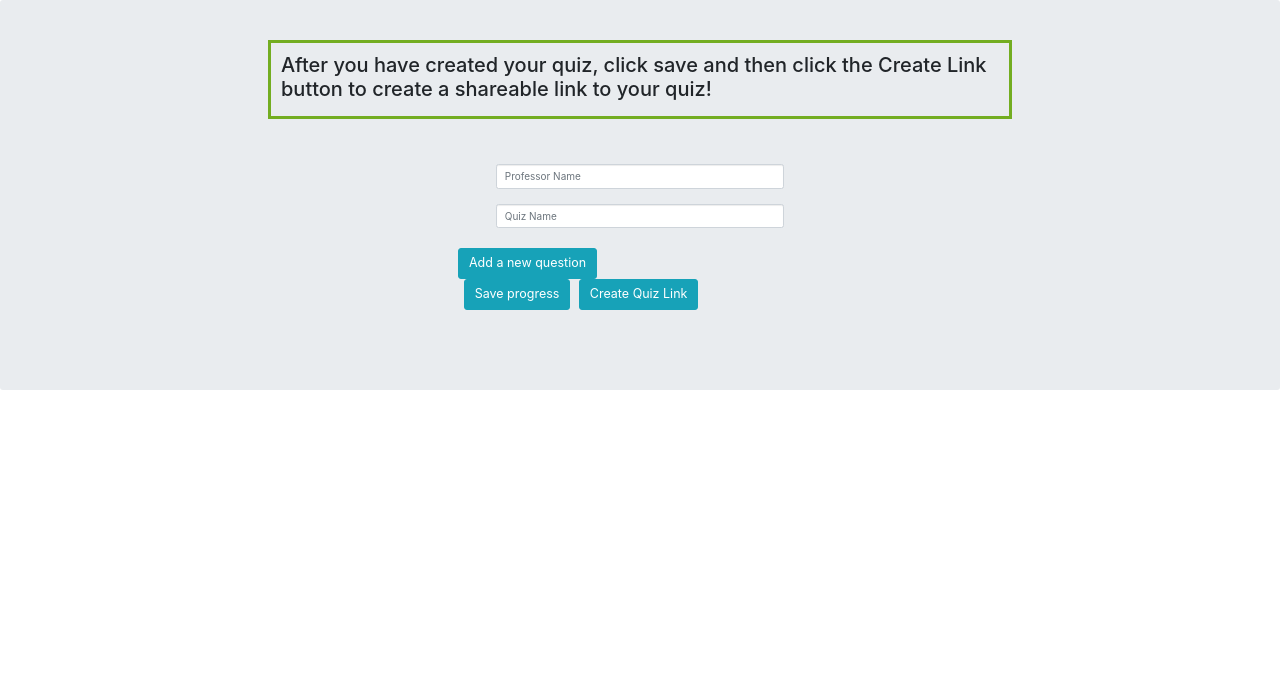
Repository: phillipdacosta/QuizemsNew
Page: /#/home
The author's editor kept a copy of each file at every save. The page is drawn from the files as they stood at one save, then again after the next save.
The browser window is 1280 px wide. The pictures show the whole page.
Some web libraries are served in a nearby version. The project was rebuilt for these pictures with package versions that can differ from the ones it lists, and the page was loaded fresh each time. Also part of the build but not shown: angular.json, src/app/quiz/quiz.component.ts, src/app/about/about.component.ts, src/app/student/student.component.ts, src/app/questions/questions.component.ts, src/app/question-display/question-display.component.ts, src/app/timer/timer.component.ts.

Above is the page before, as saved 2019-07-03 19:27:09.

After the next save:
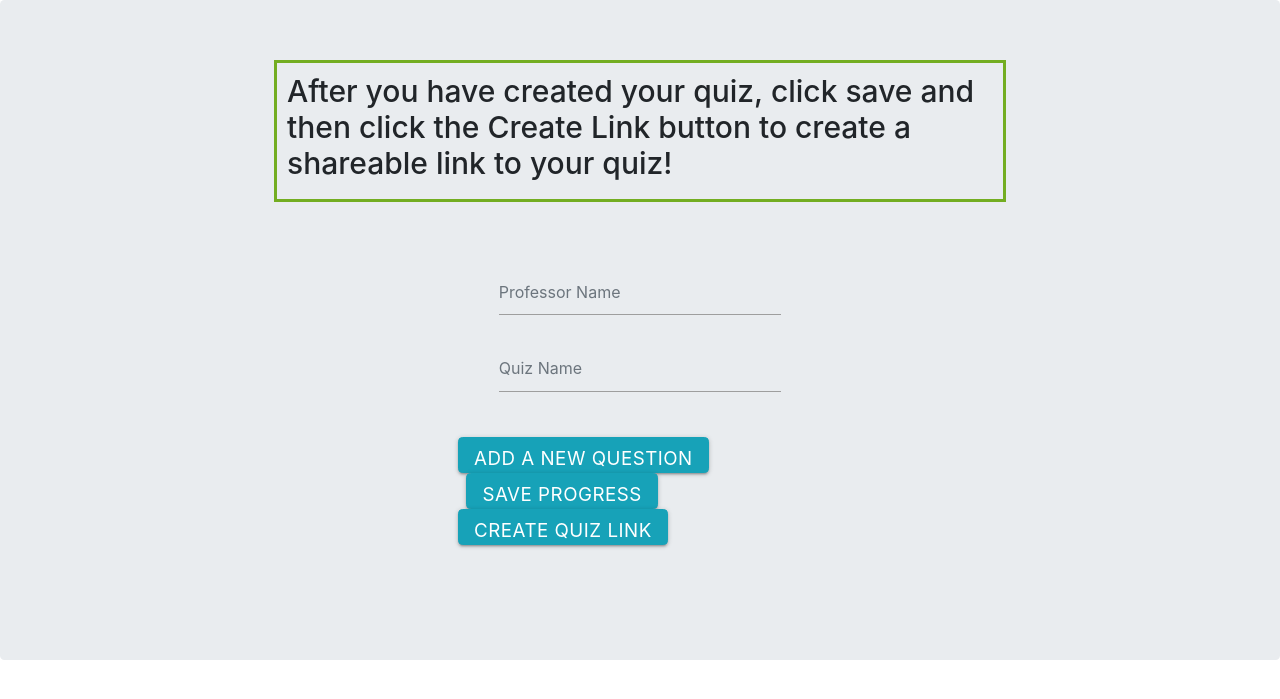
Saved 18 h 4 min later.
--- a/src/index.html
+++ b/src/index.html
@@ -7,9 +7,16 @@
   <meta name="viewport" content="width=device-width, initial-scale=1">
   <link rel="icon" type="image/x-icon" href="favicon.ico">
   <link rel="stylesheet" href="https://maxcdn.bootstrapcdn.com/bootstrap/3.3.7/css/bootstrap.min.css" integrity="sha384-BVYiiSIFeK1dGmJRAkycuHAHRg32OmUcww7on3RYdg4Va+PmSTsz/K68vbdEjh4u" crossorigin="anonymous">
+   <!-- Compiled and minified CSS -->
+   <link rel="stylesheet" href="https://cdnjs.cloudflare.com/ajax/libs/materialize/1.0.0/css/materialize.min.css">
+
+   <!-- Compiled and minified JavaScript -->
+
 </head>
 <body>
   <app-root>Loading...</app-root>
+  <script src="https://cdnjs.cloudflare.com/ajax/libs/materialize/1.0.0/js/materialize.min.js"></script>
+
   <script src="https://code.jquery.com/jquery-3.1.1.min.js" integrity="sha256-hVVnYaiADRTO2PzUGmuLJr8BLUSjGIZsDYGmIJLv2b8=" crossorigin="anonymous"></script>
   <script src="https://maxcdn.bootstrapcdn.com/bootstrap/3.3.7/js/bootstrap.min.js" integrity="sha384-Tc5IQib027qvyjSMfHjOMaLkfuWVxZxUPnCJA7l2mCWNIpG9mGCD8wGNIcPD7Txa" crossorigin="anonymous"></script>
 </body>
